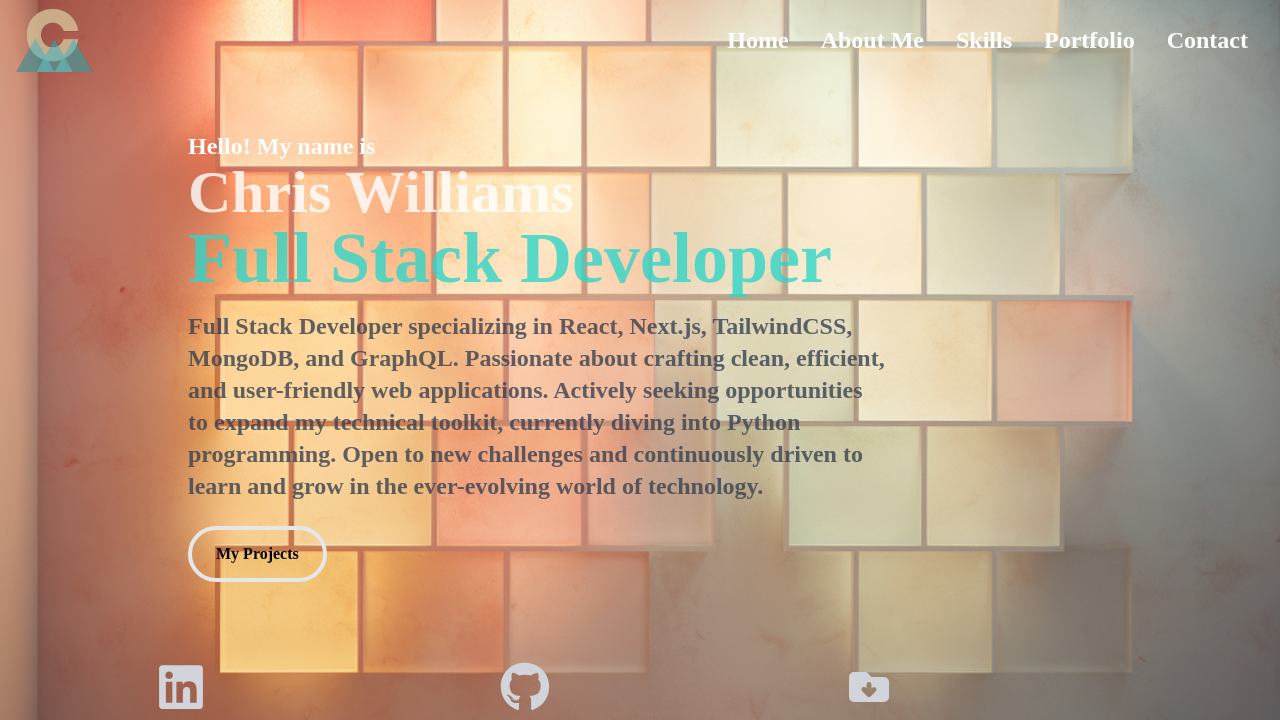
Repository: ChrisT303/portfolio-react
Page: /
These files come from the project's save history. The page is drawn as it stood at one moment and after the next save; the edit follows.
The browser window is 1280 px wide. The pictures show the whole page.
The project was rebuilt for these pictures with package versions that can differ from the ones it lists, and the page was loaded fresh each time. Also part of the build but not shown: src/components/AboutMe.js, src/data/LogoData.js, src/components/Experience.js, src/components/Modal.js, src/components/Contact.js, src/data/ProjectData.js, src/components/Work.js.

Above is the page before, as saved 2023-09-28 17:35:37.

After the next save:
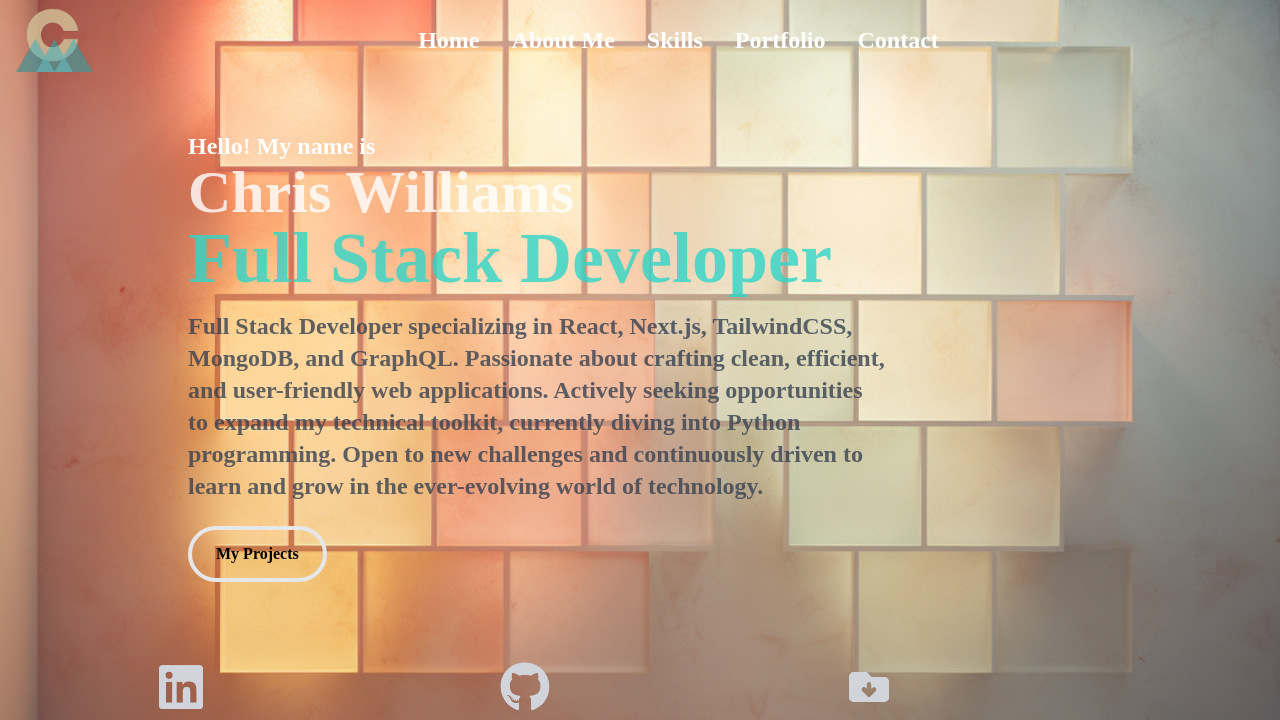
Saved 2 min 8 s later.
--- a/src/components/Navigation.js
+++ b/src/components/Navigation.js
@@ -78,12 +78,11 @@
           </NavLink>
         </li>
       </ul>
-      {nav && (
-          <div>
-            {/* Footer component is conditionally rendered here */}
-            <Footer hideOnMobile={!nav} />
-          </div>
-        )}
+      <div className="mt-auto">
+          {/* Footer component is rendered at the bottom */}
+          <Footer />
+        </div>
+
 
 
     </div>

After the save that followed:
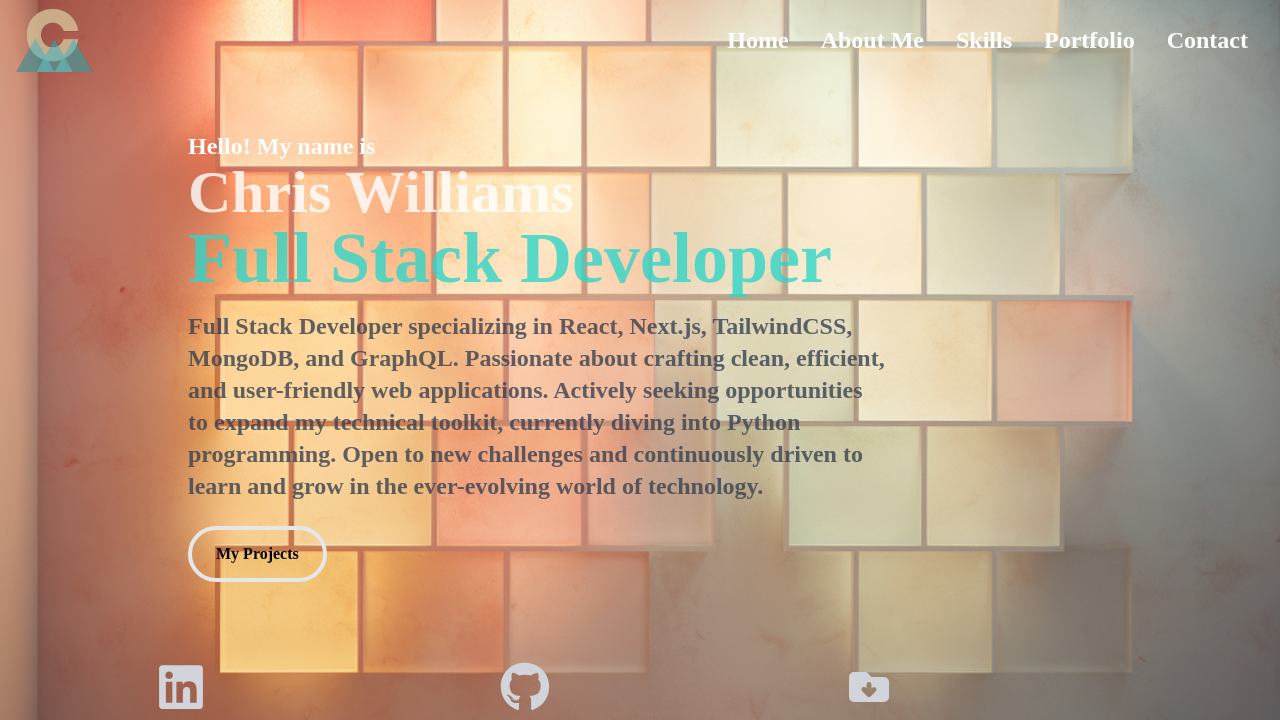
Saved 11 s later.
--- a/src/components/Navigation.js
+++ b/src/components/Navigation.js
@@ -78,11 +78,12 @@
           </NavLink>
         </li>
       </ul>
-      <div className="mt-auto">
-          {/* Footer component is rendered at the bottom */}
-          <Footer />
-        </div>
-
+      {nav && (
+          <div>
+            {/* Footer component is conditionally rendered here */}
+            <Footer hideOnMobile={!nav} />
+          </div>
+        )}
 
 
     </div>
